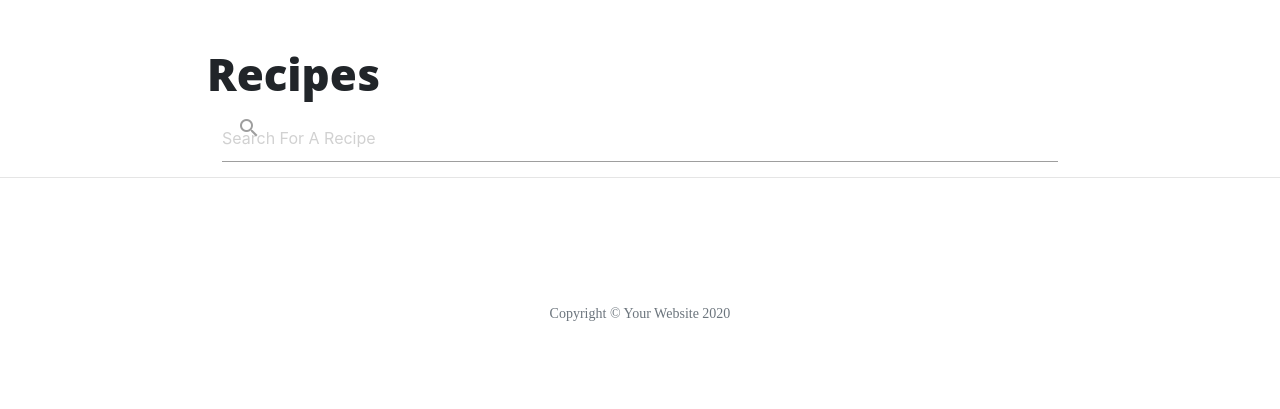
Repository: saffiya/cookbook
Page: http://localhost/recipes
The author's editor kept a record of every edit. The page is drawn from the files as they stood at one moment, then again after the next edit.
The browser window is 1280 px wide. The pictures show the part of the page from y = 674 to 1188 px (the page is 1083 px tall before and 1188 px after).
The page is served by the project's application, run on Flask 3 (app.py). Queries for data that is not in the repository find no rows.

Above is the page before.

After the next edit:
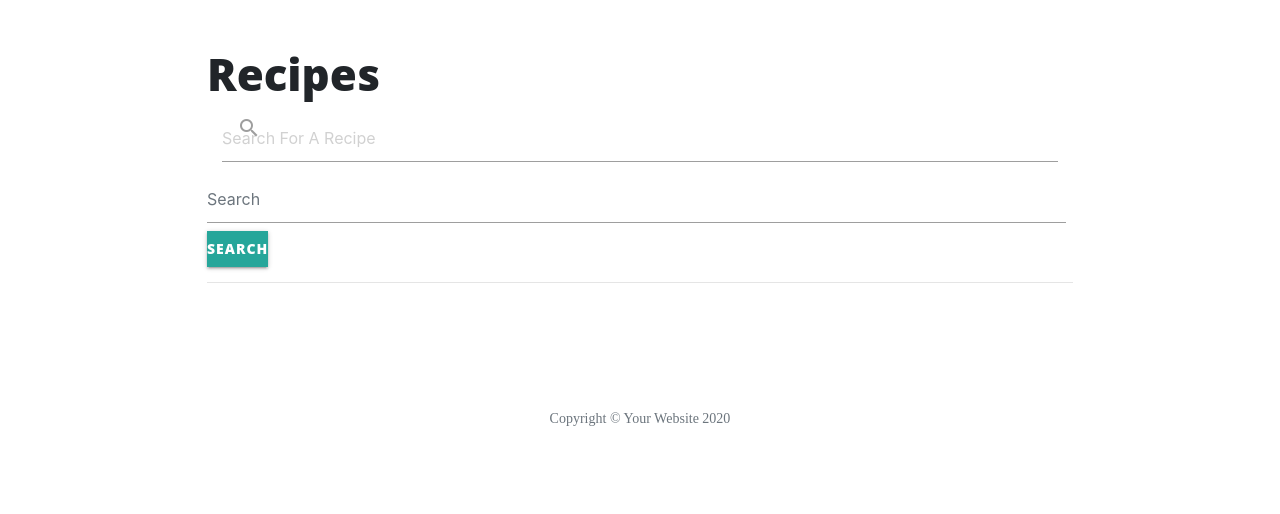
The edit:
--- a/templates/recipes.html
+++ b/templates/recipes.html
@@ -11,6 +11,11 @@
         </div>
     </form>
 </div>
+<div class="search_bar">
+<form action=="{{ url_for('search') }} method="POST" class="form-inline my-2 my-lg-0">
+    <input class="form-control mr-sm-2" type="search" placeholder="Search" aria-label="Search">
+    <button class="btn btn-outline-success my-2 my-sm-0" type="submit">Search</button>
+</form>
 
 <link rel="stylesheet" href="{{ url_for('static', filename='css/style.css') }}" type="text/css" /> {% for recipe in recipes %}
 
